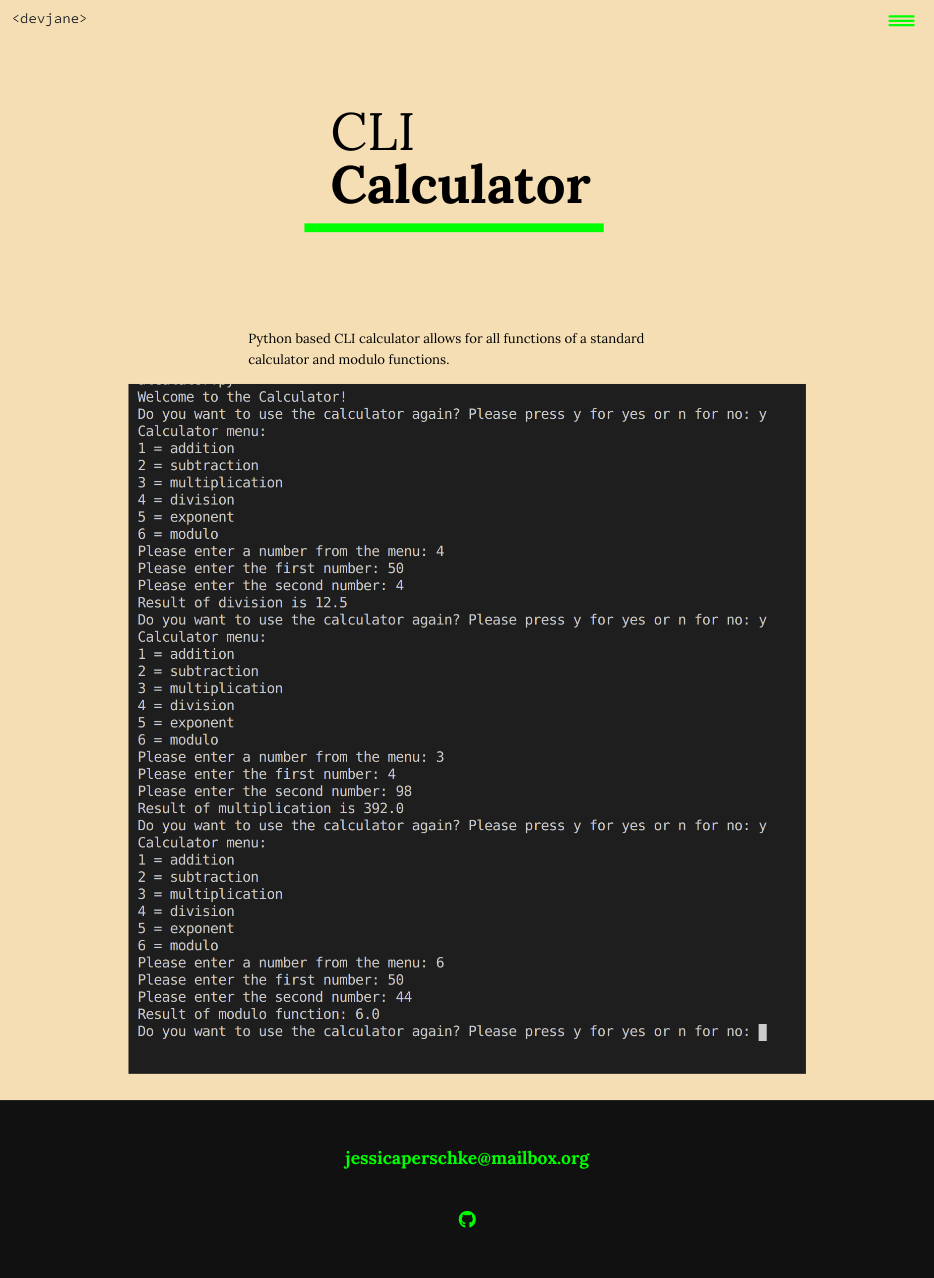
Repository: DinoDime/site
Page: portfolio-item3.html
These files come from the project's save history. The page is drawn as it stood at one moment and after the next save; the edit follows.
The browser window is 1280 px wide. The pictures show the whole page, at 73% of full size.
Some web libraries are served in a nearby version.

Above is the page before, as saved 2021-05-03 11:07:08.

After the next save:
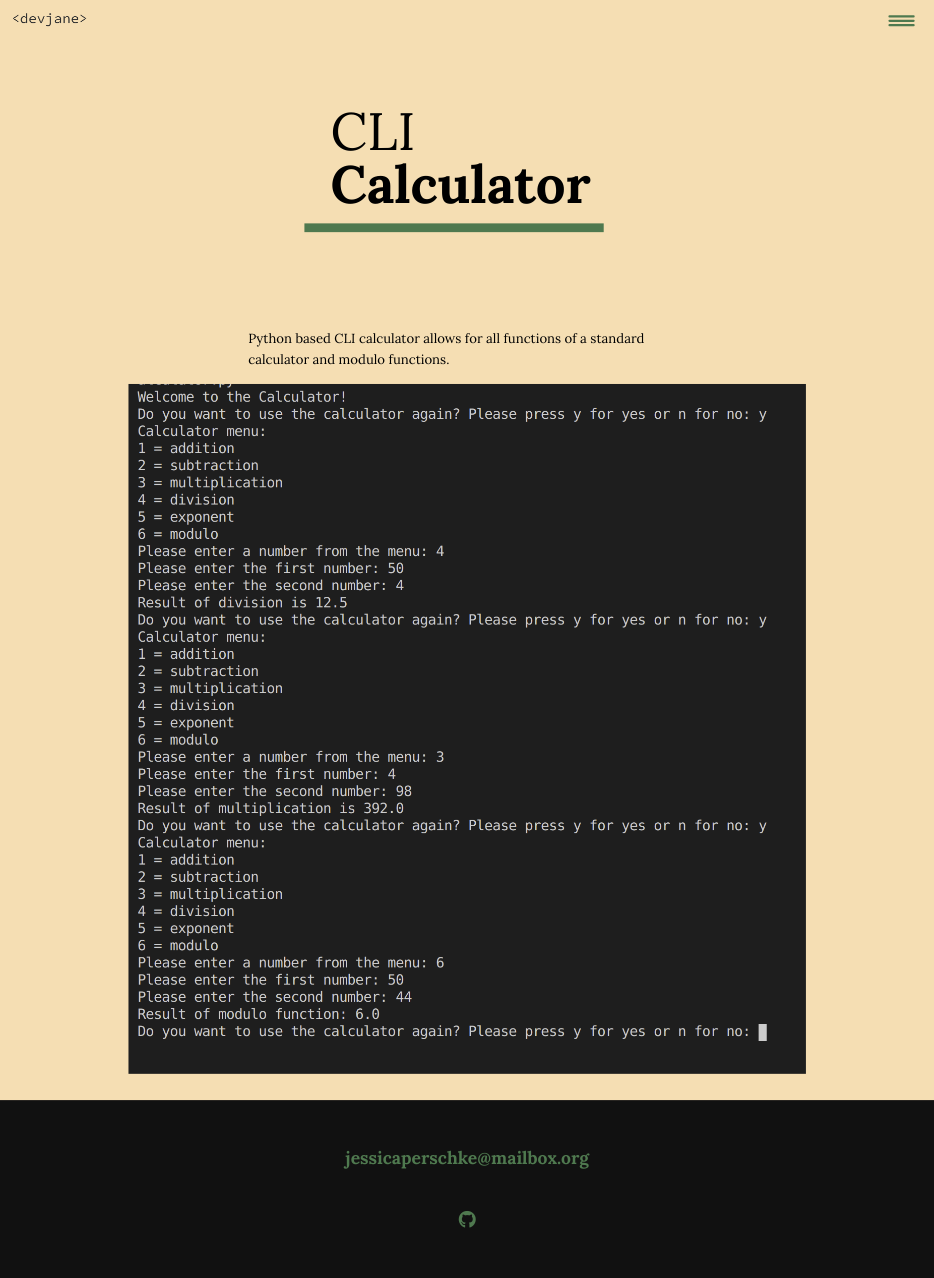
Saved 29 s later.
--- a/css/style.css
+++ b/css/style.css
@@ -15,7 +15,7 @@
 
   --clr-light: wheat;
   --clr-dark: black;
-  --clr-accent: lime;
+  --clr-accent: rgb(79, 121, 79);
 
   --fs-h1: 3rem;
   --fs-h2: 2.25rem;
